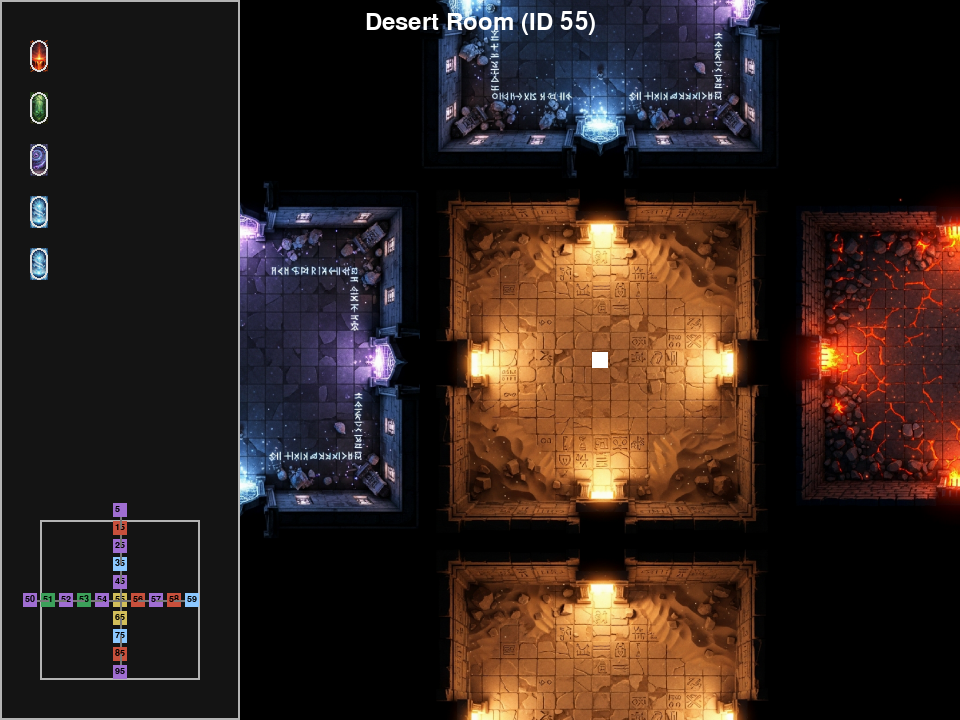
Repository: MehediMim/GateBound
Script's output: python main.py
An editor plug-in stored every save of this project. The script's output is shown before and after the next save, followed by the edit.
The window is shown after at most 60 frames with no key pressed. Random numbers start from a fixed seed. It also reads assets/bg_arcane.png, assets/bg_desert.png, assets/bg_ice.png, assets/bg_jungle.png, assets/bg_volcanic.png, assets/card_arcane.jpeg, assets/card_desert.jpeg, assets/card_ice.jpeg, assets/card_jungle.jpeg, assets/card_volcanic.jpeg.

Above is the script's output before, as saved 2026-01-26 19:24:43.

After the next save:
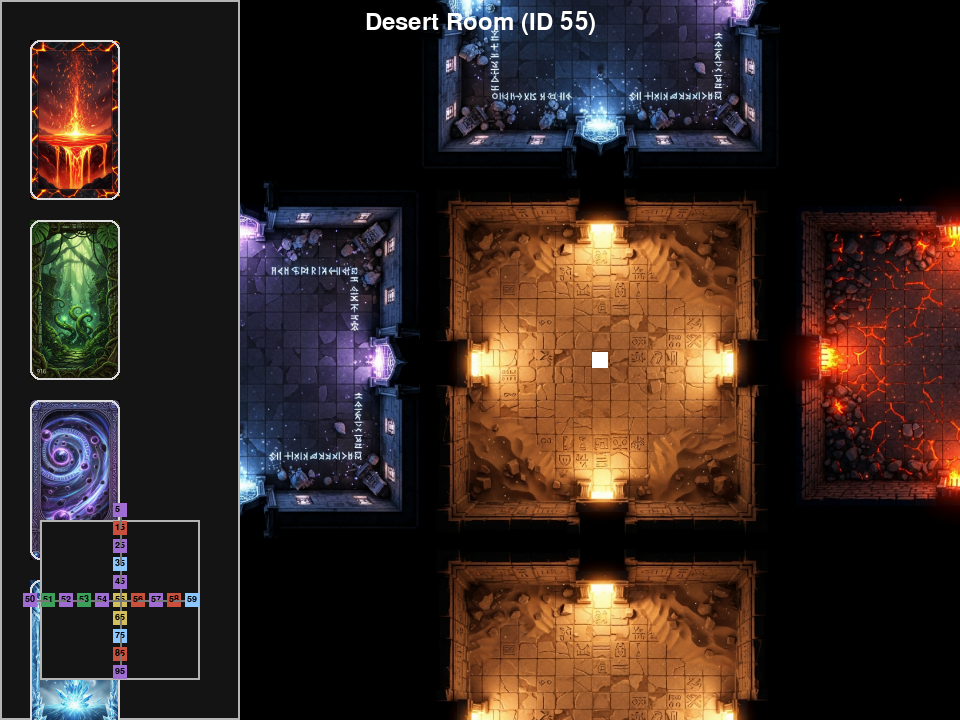
Saved 12 s later.
--- a/main.py
+++ b/main.py
@@ -11,8 +11,8 @@ ROOM_DRAW = int(ROOM_ORIGINAL * ROOM_SCALE)  # 512
 FPS = 60
 PLAYER_SPEED = 5
 DEBUG = True
-CARD_WIDTH  = 18
-CARD_HEIGHT = 32   # 180 × 16 / 9 ≈ 320
+CARD_WIDTH  = 90
+CARD_HEIGHT = 160   # 180 × 16 / 9 ≈ 320
 
 
 GRID_W = 10
